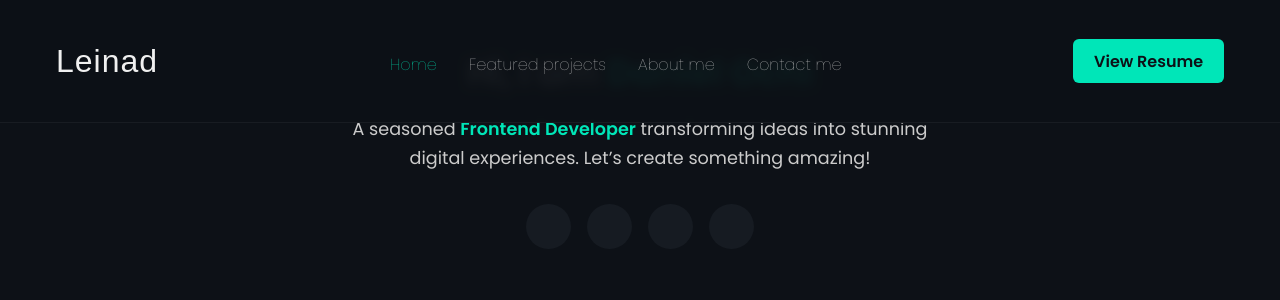
Repository: Austinokezie/Myportfolio
Page: index.html
The author's editor kept a copy of each file at every save. The page is drawn from the files as they stood at one save, then again after the next save.
The browser window is 1280 px wide. The pictures show the whole page.
Some web fonts or font styles are not loaded; a fallback is used.

Above is the page before, as saved 2025-10-14 13:14:31.

After the next save:
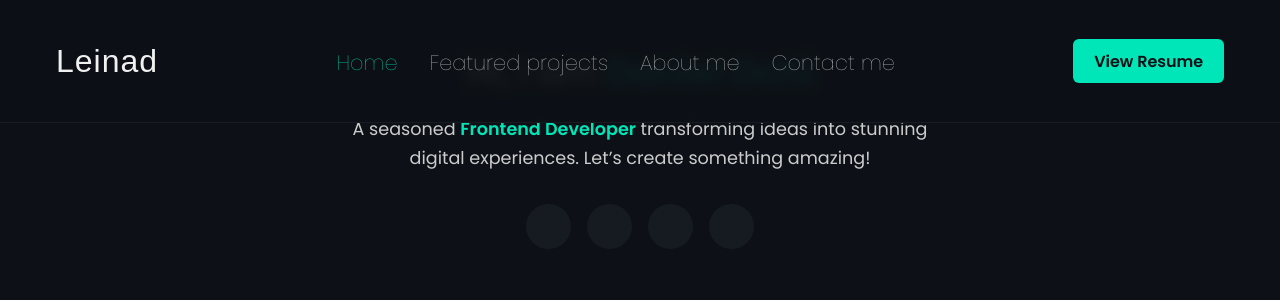
Saved 8 s later.
--- a/style.css
+++ b/style.css
@@ -72,7 +72,7 @@ header {
   color: #cccccc;
   font-weight: 100;
   transition: 0.3s ease;
-  font-size: 1rem;
+  font-size: 1.3rem;
 }
 
 .nav-links a:hover {
